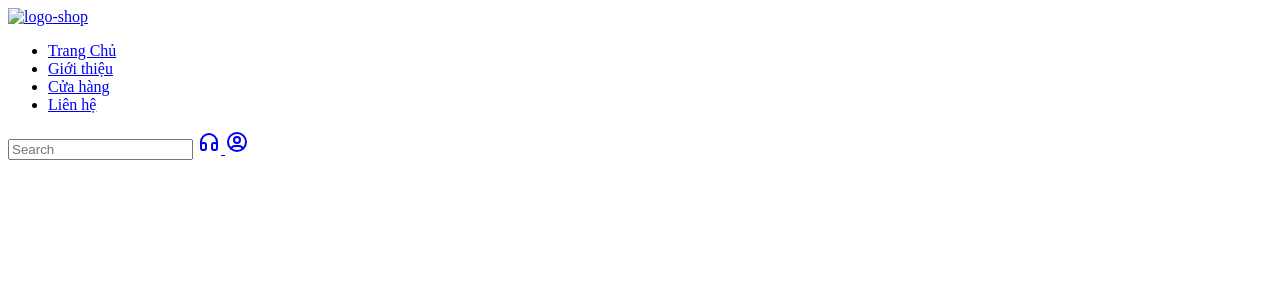
Repository: manhhieu120499/test-page
Page: index.html
An editor plug-in stored every save of this project. The page is shown before and after the next save, followed by the edit.
The browser window is 1280 px wide. The pictures show the whole page.

Above is the page before, as saved 2023-01-11 22:37:57.

### index.html
<!DOCTYPE html>
<html lang="en">

<head>
    <meta charset="UTF-8">
    <meta http-equiv="X-UA-Compatible" content="IE=edge">
    <meta name="viewport" content="width=device-width, initial-scale=1.0">
    <title>Document</title>
</head>

<body>
    <div id="header">
        <a href="#" class="logo">
            <img src="" alt="logo-shop">
        </a>
        <nav class="sub-menu">
            <ul>
                <li><a href="#">Trang Chủ</a></li>
                <li><a href="#">Giới thiệu</a></li>
                <li><a href="#">Cửa hàng</a< /li>
                <li><a href="#">Liên hệ</a></li>
            </ul>
        </nav>
        <div class="right-sidebar">
            <input type="text" placeholder="Search" />
            <a href="#" class="telesale">
                <svg xmlns="http://www.w3.org/2000/svg" class="icon icon-tabler icon-tabler-headphones" width="24"
                    height="24" viewBox="0 0 24 24" stroke-width="2" stroke="currentColor" fill="none"
                    stroke-linecap="round" stroke-linejoin="round">
                    <path stroke="none" d="M0 0h24v24H0z" fill="none"></path>
                    <rect x="4" y="13" rx="2" width="5" height="7"></rect>
                    <rect x="15" y="13" rx="2" width="5" height="7"></rect>
                    <path d="M4 15v-3a8 8 0 0 1 16 0v3"></path>
                </svg>
            </a>
            <a href="#" class="person">
                <svg xmlns="http://www.w3.org/2000/svg" class="icon icon-tabler icon-tabler-user-circle" width="24" height="24" viewBox="0 0 24 24" stroke-width="2" stroke="currentColor" fill="none" stroke-linecap="round" stroke-linejoin="round">
                    <path stroke="none" d="M0 0h24v24H0z" fill="none"></path>
                    <circle cx="12" cy="12" r="9"></circle>
                    <circle cx="12" cy="10" r="3"></circle>
                    <path d="M6.168 18.849a4 4 0 0 1 3.832 -2.849h4a4 4 0 0 1 3.834 2.855"></path>
                 </svg>
            </a>
            <a href="#" class="shopping-cart">

            </a>
        </div>
    </div>

    <div id="footer">

    </div>
</body>

</html>

After the next save:
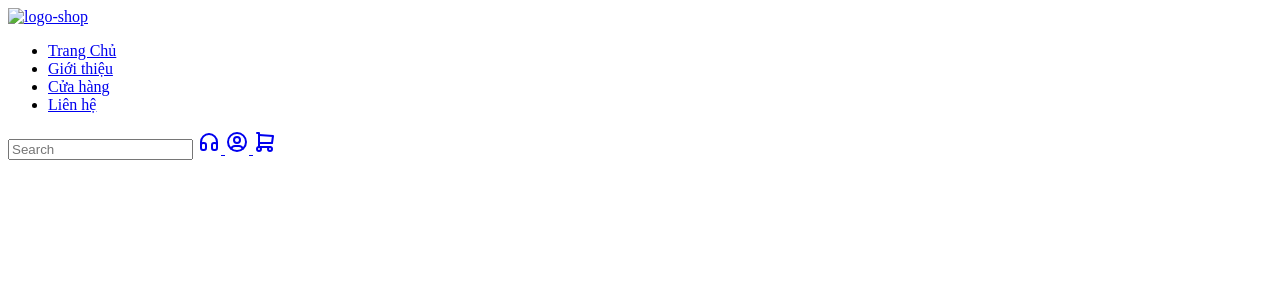
Saved 19 s later.
--- a/index.html
+++ b/index.html
@@ -42,7 +42,13 @@
                  </svg>
             </a>
             <a href="#" class="shopping-cart">
-
+                <svg xmlns="http://www.w3.org/2000/svg" class="icon icon-tabler icon-tabler-shopping-cart" width="24" height="24" viewBox="0 0 24 24" stroke-width="2" stroke="currentColor" fill="none" stroke-linecap="round" stroke-linejoin="round">
+                    <path stroke="none" d="M0 0h24v24H0z" fill="none"></path>
+                    <circle cx="6" cy="19" r="2"></circle>
+                    <circle cx="17" cy="19" r="2"></circle>
+                    <path d="M17 17h-11v-14h-2"></path>
+                    <path d="M6 5l14 1l-1 7h-13"></path>
+                 </svg>
             </a>
         </div>
     </div>
